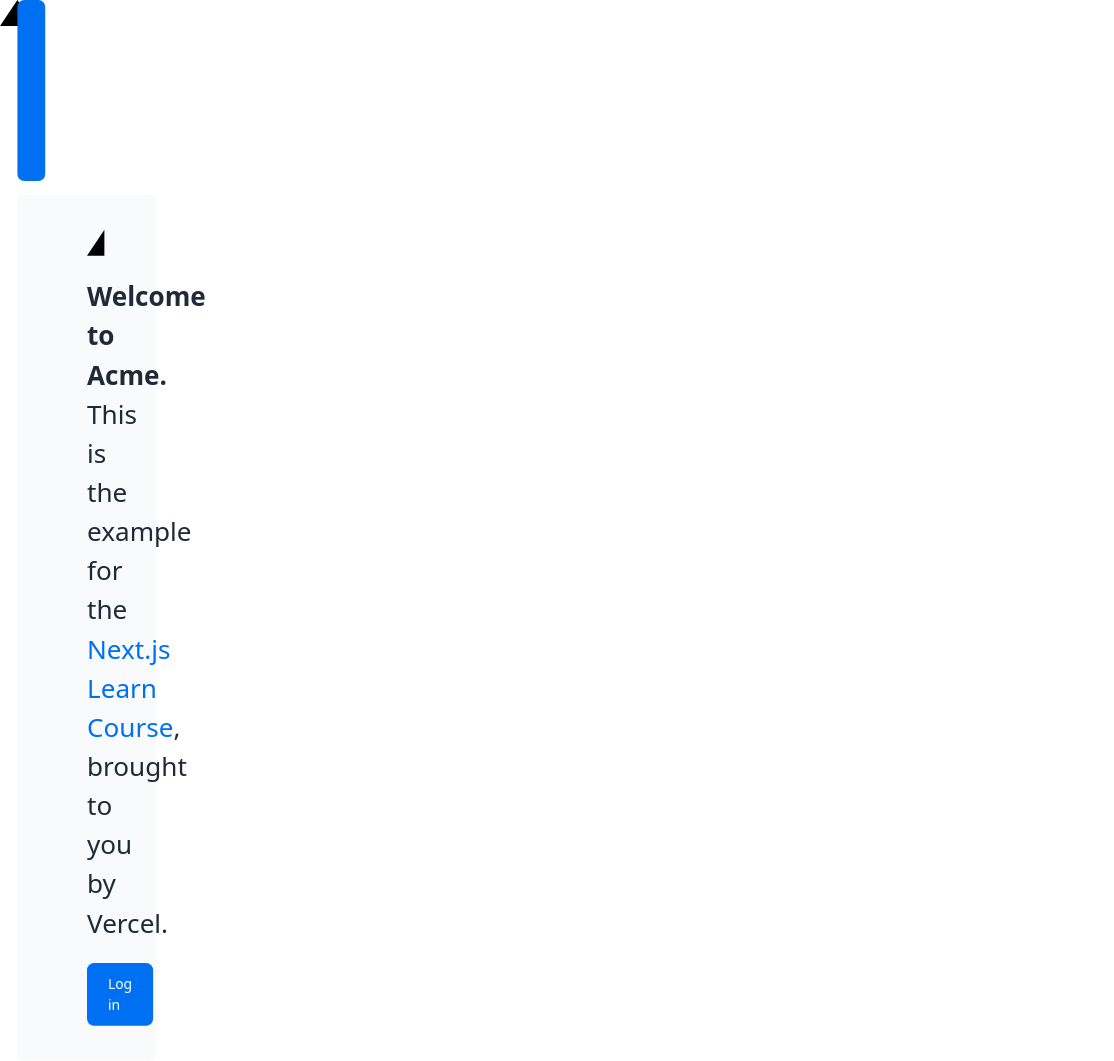
Repository: dev1siWoo/nextjs-dashboard
Page: /
These files come from the project's save history. The page is drawn as it stood at one moment and after the next save; the edit follows.
The browser window is 1280 px wide. The pictures show the whole page, at 87% of full size.
The project was rebuilt for these pictures with package versions that can differ from the ones it lists, and the page was loaded fresh each time. The framework's server and built-in components were replaced by stand-ins that run in the browser. Also part of the build but not shown: next.config.js.

Above is the page before, as saved 2023-10-27 17:52:57.

After the next save:
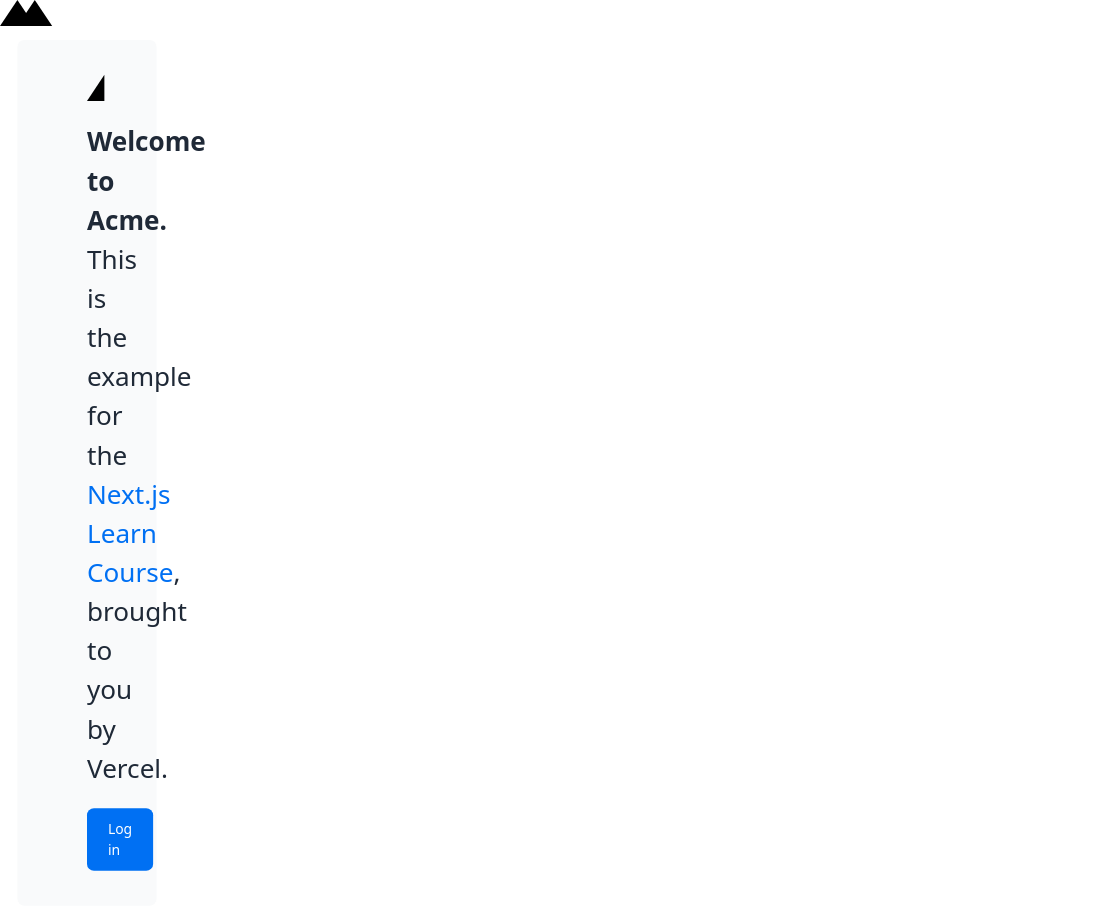
Saved 8 s later.
--- a/app/page.tsx
+++ b/app/page.tsx
@@ -4,7 +4,7 @@
 export default function Page() {
 	return (
 		<main className={styles.shape}>
-			<div className='flex h-20 shrink-0 items-end rounded-lg bg-blue-500 p-4 md:h-52'>
+			<div className={styles.shape}>
 				{/* <AcmeLogo /> */}
 			</div>
 			<div className='mt-4 flex grow flex-col gap-4 md:flex-row'>
